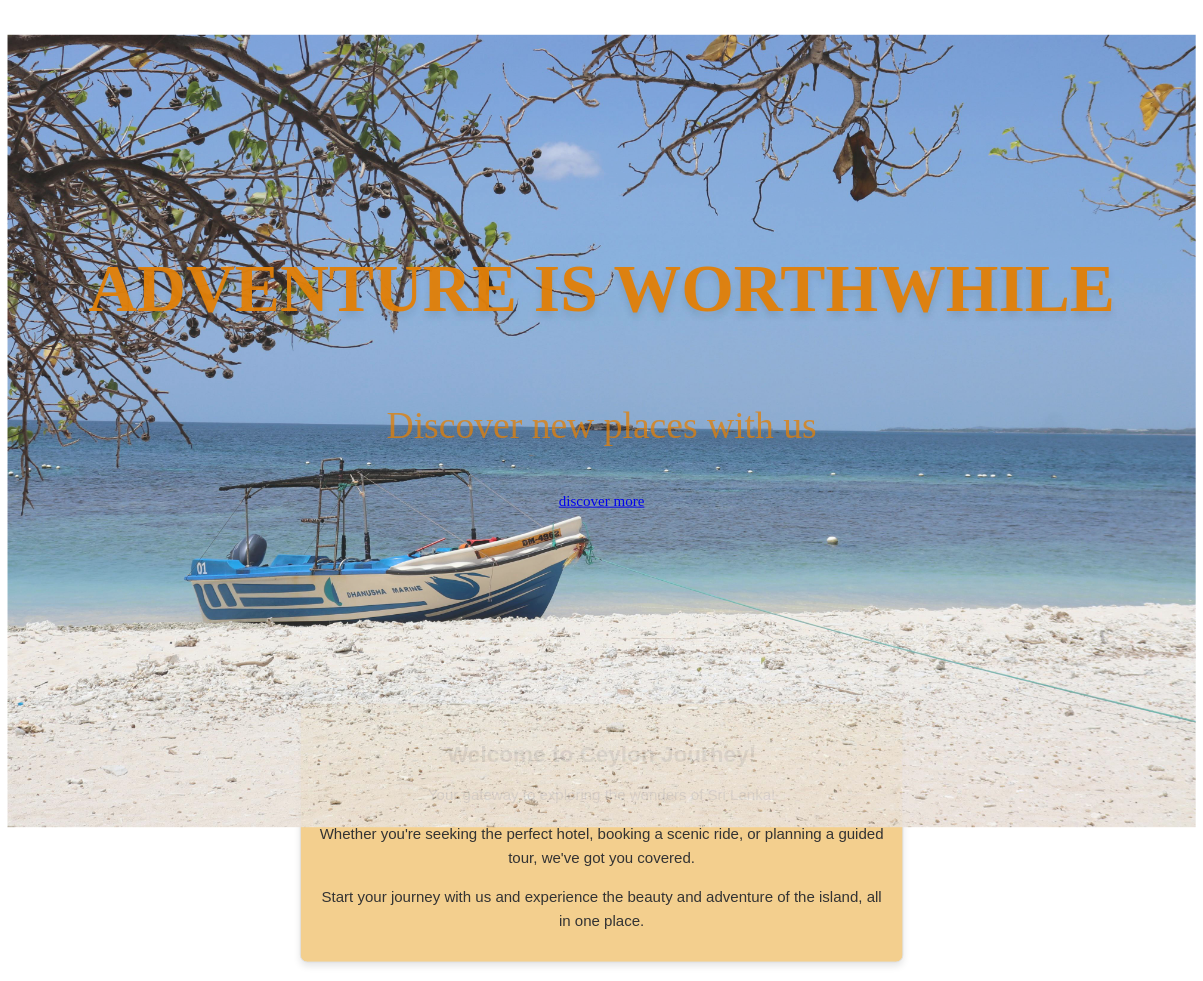
Repository: KasunInd27/Ceylon-Journey
Page: Home/home.html
The author's editor kept a copy of each file at every save. The page is drawn from the files as they stood at one save, then again after the next save.
The browser window is 1280 px wide. The pictures show the whole page, at 94% of full size.

Above is the page before, as saved 2024-10-05 14:27:11.
Console error: SyntaxError: Unexpected token '<'

### Home/home.html
<!DOCTYPE html>
<html lang="en">
<head>
    <meta charset="UTF-8">
    <meta name="viewport" content="width=device-width, initial-scale=1.0">
    <!-- Font Awesome CDN link for using icons -->
    <link rel="stylesheet" href="https://cdnjs.cloudflare.com/ajax/libs/font-awesome/5.15.3/css/all.min.css">
    <link href="https://fonts.googleapis.com/css2?family=Roboto:wght@400;700&display=swap" rel="stylesheet">

    <link rel="stylesheet" href="CSS/home.css">
    <script src="JS/home.js"></script>
    <style>
        .mySlides {display:none;}
    </style>
    <title>Home Page</title>
</head>
<body>
    <section class="home" id="home">
        <div class="content">
            <h3>adventure is worthwhile</h3>
            <p>Discover new places with us</p>
            <a href="#" class="btn">discover more</a>
        </div>

        <div class="slide">
            <img class="homeSlides" src="../image/train.jpg" style="width:100%">
            <img class="homeSlides" src="../image/boat.jpg" style="width:100%">
            <img class="homeSlides" src="../image/fish.jpg" style="width:100%">
        </div>
    </section>

    <section class="welcome">
        <h2>Welcome to Ceylon Journey!</h2>
        <p>Your gateway to exploring the wonders of Sri Lanka!</p>
        <p>Whether you're seeking the perfect hotel, booking a scenic ride, or planning a guided tour, we've got you covered.</p>
        <p>Start your journey with us and experience the beauty and adventure of the island, all in one place.</p>
    </section>

    <script>
        var myIndex = 0;
        carousel();

        function carousel() {
          var i;
          var x = document.getElementsByClassName("homeSlides");
          for (i = 0; i < x.length; i++) {
            x[i].style.display = "none";
          }
          myIndex++;
          if (myIndex > x.length) {myIndex = 1}
          x[myIndex-1].style.display = "block";
          setTimeout(carousel, 4000); // Change image every 2 seconds
        }
        </script>




</body>
</html>

### Home/CSS/home.css
.home.controls {
    padding: 1rem;
    border-radius: 5rem;
    background: rgba(169, 1, 1, 0.7);
    position: relative;
    top: 10rem;

}

.home .controls .img-btn {

    height: 2rem;
    width: 2rem;
    display: inline-block;
    border-radius: 50%;
    background: #fff;
    cursor: pointer;
    margin: 0 .5rem;

}
.home .controls .img-btn.active {
    background: var(--orange);
}
#home {
    min-height: 100vh;
    /* Ensures it takes up the full viewport height */
    display: flex;
    /* Enables flexbox layout */
    align-items: center;
    /* Vertically centers content */
    justify-content: center;
    /* Horizontally centers content */
    flex-flow: column;
    /* Aligns children in a column layout */
    position: relative;
    /* Allows child elements to use absolute positioning */
    z-index: 0;
    /* Ensures this section has the correct stacking order */
}
.home .content {
    text-align: center;
    /* Centers the text within the .content container */
}
/* Styles for h3 elements inside the .content class within the .home section */

.home .content h3 {
    font-size: 4.5rem;
    /* Sets a large font size for the heading */
    color: #e17f08f4;
    /* White text color */
    text-transform: uppercase;
    /* Makes the text uppercase */
    text-shadow: 0 .3rem .5rem rgba(0, 0, 0, .1);
    /* Adds a soft shadow to the text */
}

.home .content p {
    font-size: 2.5rem;
    /* Sets the font size for paragraphs inside the .content class in the .home section */
    color: #e17f08f4;
    /* Sets the text color to white */
    padding: 0.5rem 0;
    /* Adds vertical padding (top and bottom) of 0.5rem */
    opacity: 0.80;
    z-index: -1;
}


.slide
{
    margin-top: -590px;
    background-size:contain;
    background-position:center;
    background-repeat: no-repeat;
    position:absolute;
    width: 100%;
    height: 10%;
    opacity: 0.90;
    z-index: -1;
}

.welcome {
    background-color: #f3cf8e; /* Light background */
    border: 1px solid #dee2e6; /* Border around the section */
    border-radius: 8px; /* Rounded corners */
    padding: 20px; /* Padding inside the section */
    margin: 20px auto; /* Center the section */
    max-width: 600px; /* Maximum width */
    text-align: center; /* Center text */
    box-shadow: 0 4px 8px rgba(0, 0, 0, 0.1); /* Subtle shadow for depth */
    font-family: 'Playwrite Deutschland Grundschrift', sans-serif; /* Apply the Roboto font */
    z-index: -1;
}

.welcome h2 {
    color: #412b03; /* Primary color for heading */
    margin-bottom: 15px; /* Space below the heading */
    z-index: -5;
}

.welcome p {
    color: #333; /* Dark gray for text */
    line-height: 1.6; /* Improved line spacing */
    margin-bottom: 10px; /* Space below paragraphs */
    z-index: -5;
}

### Home/JS/home.js
<!DOCTYPE html>
<html lang="en">
<head>
    <meta charset="UTF-8">
    <meta name="viewport" content="width=device-width, initial-scale=1.0">
    <!-- Font Awesome CDN link for using icons -->
    <link rel="stylesheet" href="https://cdnjs.cloudflare.com/ajax/libs/font-awesome/5.15.3/css/all.min.css">
    <link href="https://fonts.googleapis.com/css2?family=Roboto:wght@400;700&display=swap" rel="stylesheet">

    <link rel="stylesheet" href="CSS/home.css">
    <script src="JS/home.js"></script>
    <style>.imgSlide {display:none;}</style>
    <title>Home Page</title>
</head>
<body>
    <section class="home" id="home">
        <div class="content">
            <h3>adventure is worthwhile</h3>
            <p>discover new places with us,adventure awaits</p>
            <a href="#" class="btn">discover more</a>
        </div>

        <div class="image-slide" style="max-width:500px">
            <img class="imgSlide" src="../image/train.jpg" style="width:100%">
            <img class="imgSlide" src="../image/elephants.jpg" style="width:100%">
            <img class="imgSlide" src="../image/boats.jpg" style="width:100%">
            <img class="imgSlide" src="../image/fish.jpg" style="width:100%">
            <img class="imgSlide" src="../image/arc.jpg" style="width:100%">

        </div>


    </section>
</body>
</html>

After the next save:
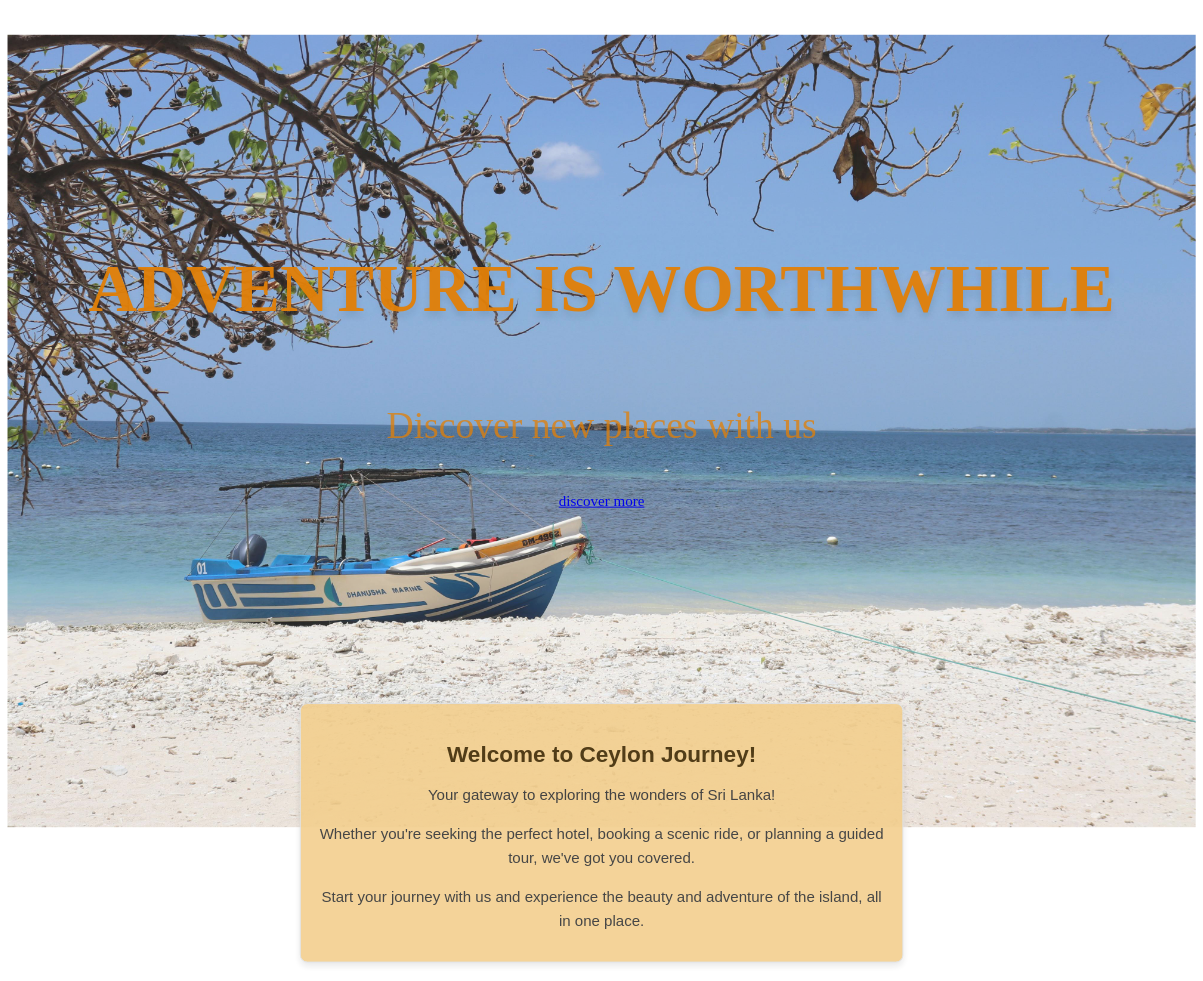
Saved 43 s later.
--- a/Home/CSS/home.css
+++ b/Home/CSS/home.css
@@ -90,6 +90,7 @@
     box-shadow: 0 4px 8px rgba(0, 0, 0, 0.1); /* Subtle shadow for depth */
     font-family: 'Playwrite Deutschland Grundschrift', sans-serif; /* Apply the Roboto font */
     z-index: -1;
+    opacity: 0.90;
 }
 
 .welcome h2 {
